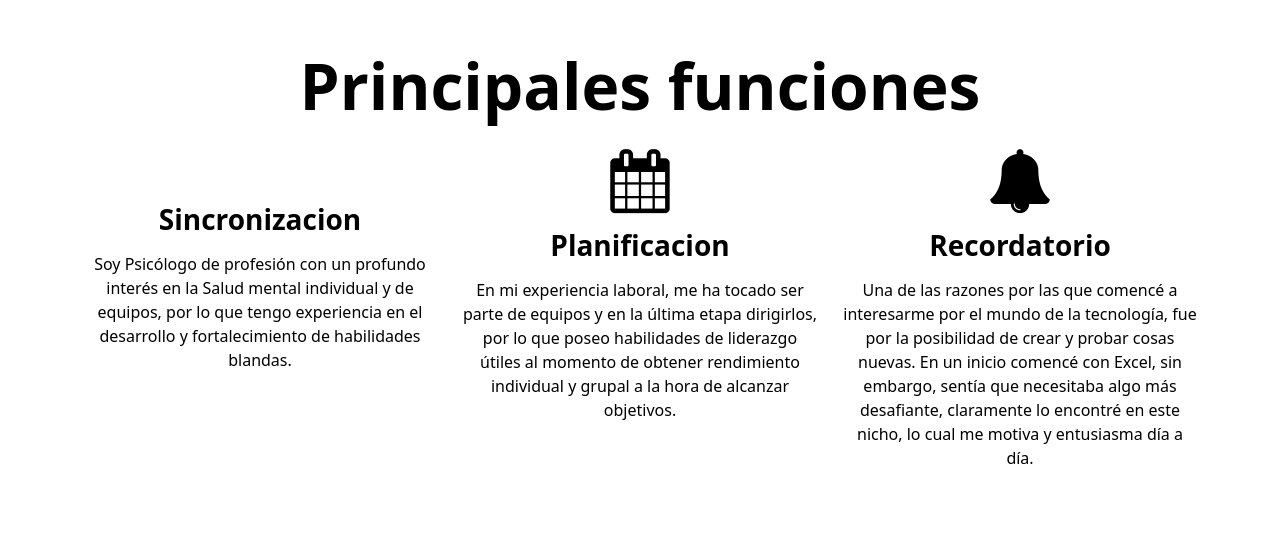
Repository: cvalenciapatagonia/Desafio-4-React-I
Page: /
The author's editor kept a copy of each file at every save. The page is drawn from the files as they stood at one save, then again after the next save.
The browser window is 1280 px wide. The pictures show the part of the page from y = 698 to 1232 px (the page is 2123 px tall).
Pictures or frames that could not be fetched are drawn as grey boxes. The page's requests for data from a server got no answer. The project was rebuilt for these pictures with package versions that can differ from the ones it lists, and the page was loaded fresh each time. No one was signed in, and anything a server would have sent is missing. Also part of the build but not shown: vite.config.js, src/App.css.

Above is the page before, as saved 2023-09-08 14:40:34.

After the next save:
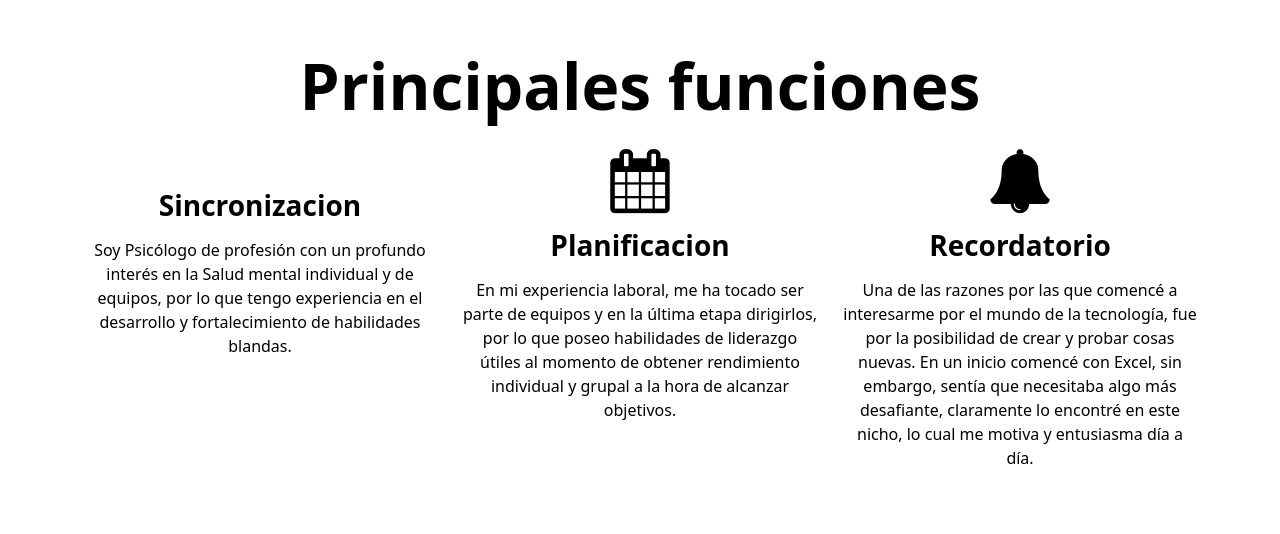
Saved 41 s later.
--- a/src/App.jsx
+++ b/src/App.jsx
@@ -98,8 +98,8 @@ function App() {
 
         <div className="row">
           <div className="col-12 col-md-4">
-            <i className="fa fa-solid fa-brain fa-3x my-3"></i>
-            <h3 className="my-3 fw-bold">Sincronizacion</h3>
+          <i className="fa fa-sync-alt fa-4x"></i>
+          <h3 className="my-3 fw-bold">Sincronizacion</h3>
             <p className="my-3">
               Soy Psicólogo de profesión con un profundo interés en la Salud
               mental individual y de equipos, por lo que tengo experiencia en el
